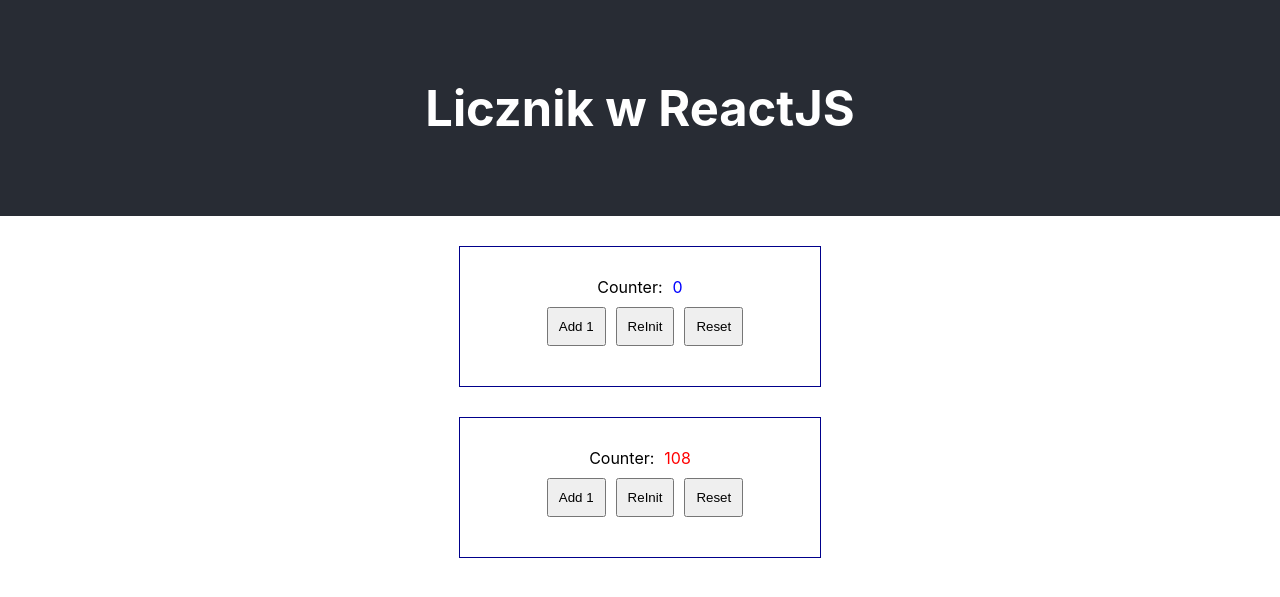
Repository: magdaf41/react-counter-app
Page: /
The author's editor kept a copy of each file at every save. The page is drawn from the files as they stood at one save, then again after the next save.
The browser window is 1280 px wide. The pictures show the whole page.
The project was rebuilt for these pictures with package versions that can differ from the ones it lists, and the page was loaded fresh each time.

Above is the page before, as saved 2020-10-04 19:20:25.

After the next save:
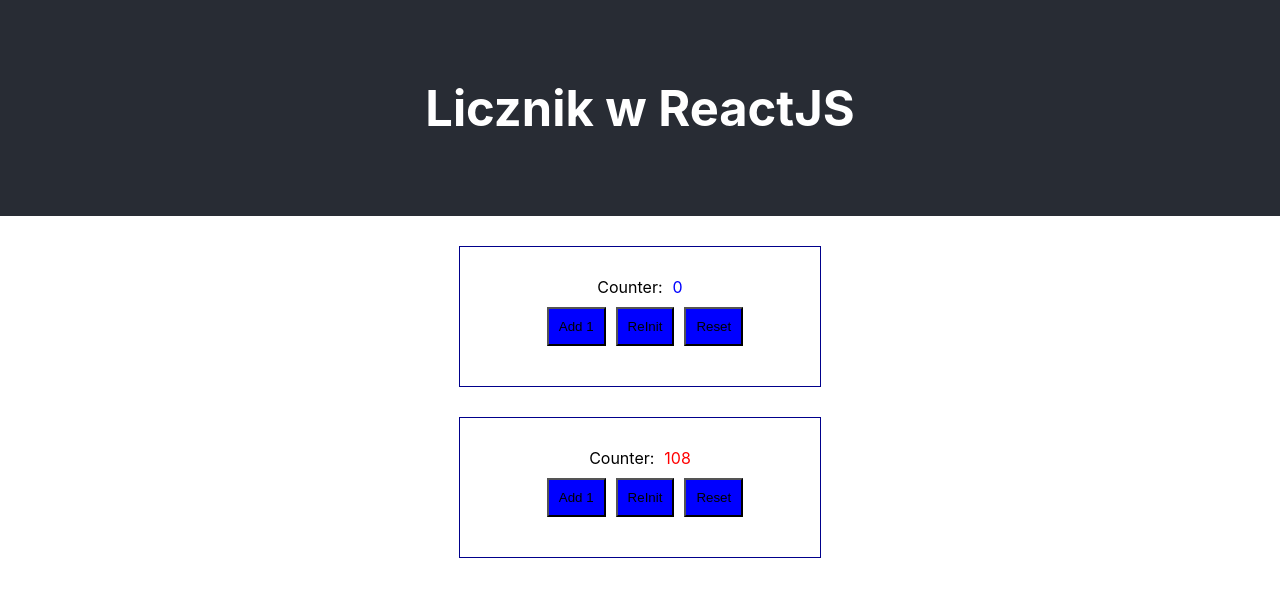
Saved 11 s later.
--- a/src/ButtonsPanel.css
+++ b/src/ButtonsPanel.css
@@ -1,4 +1,5 @@
 button {
     margin: 10px 0 10px 10px;
     padding: 10px;
+    background-color: blue;
 }
